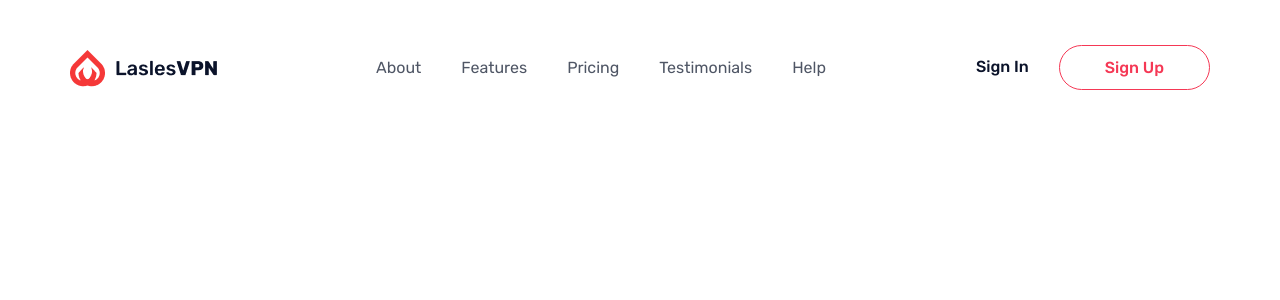
Repository: nafiesallahu/beetroot-fe-g1
Page: Homework10/index.html
The author's editor kept a copy of each file at every save. The page is drawn from the files as they stood at one save, then again after the next save.
The browser window is 1280 px wide. The pictures show the whole page.

Above is the page before, as saved 2021-01-27 19:15:58.

### Homework10/index.html
<!DOCTYPE html>
<html lang="en">

<head>
  <meta charset="UTF-8">
  <meta name="viewport" content="width=device-width, initial-scale=1.0">
  <title>Lasless VPN</title>
  <link rel="preconnect" href="https://fonts.gstatic.com">
  <link href="https://fonts.googleapis.com/css2?family=Rubik:ital,wght@0,400;0,500;0,700;1,400;1,500;1,700&display=swap" rel="stylesheet">
  <link rel="stylesheet" href="./styles/style.css">
</head>

<body>
  <header class="main-header">
    <div class="container">
      <a href="index.html" class="logo">
        <img src="images/Logo.png" alt="LaslesVPN">
      </a>
      <nav class="main-nav">
        <ul>
          <li><a href="#">About</a></li>
          <li><a href="#">Features</a></li>
          <li><a href="#">Pricing</a></li>
          <li><a href="#">Testimonials</a></li>
          <li><a href="#">Help</a></li>
        </ul>
        <div class="nav-buttons">
          <a href="#" class="btn btn--link">Sign In</a>
          <a href="#" class="btn">Sign Up</a>
        </div>
      </nav>
    </div>
  </header>
  <main class="main-content">

  </main>
</body>

</html>

### Homework10/styles/style.css
/* http://meyerweb.com/eric/tools/css/reset/
   v2.0 | 20110126
   License: none (public domain)
*/

html, body, div, span, applet, object, iframe,
h1, h2, h3, h4, h5, h6, p, blockquote, pre,
a, abbr, acronym, address, big, cite, code,
del, dfn, em, img, ins, kbd, q, s, samp,
small, strike, strong, sub, sup, tt, var,
b, u, i, center,
dl, dt, dd, ol, ul, li,
fieldset, form, label, legend,
table, caption, tbody, tfoot, thead, tr, th, td,
article, aside, canvas, details, embed,
figure, figcaption, footer, header, hgroup,
menu, nav, output, ruby, section, summary,
time, mark, audio, video {
	margin: 0;
	padding: 0;
	border: 0;
	font-size: 100%;
	font: inherit;
	vertical-align: baseline;
}
/* HTML5 display-role reset for older browsers */
article, aside, details, figcaption, figure,
footer, header, hgroup, menu, nav, section {
	display: block;
}
body {
	line-height: 1;
}
ol, ul {
	list-style: none;
}
blockquote, q {
	quotes: none;
}
blockquote:before, blockquote:after,
q:before, q:after {
	content: '';
	content: none;
}
table {
	border-collapse: collapse;
	border-spacing: 0;
}

/* ========================================================== */

* {
  box-sizing: border-box;
}

body {
  font-family: 'Rubik', sans-serif;
}
.main-header {
  padding-top: 45px;
  padding-bottom: 45px;
}
.container {
  width: 100%;
  max-width: 1140px;
  margin:0 auto;
}
.main-nav a {
  text-decoration: none;
}
.main-nav ul {
  float: left;
  margin-left: 157px;
  padding-top: 13px;
}
.main-nav ul li {
  margin-right: 40px;
  float: left;
}
.main-nav ul li a{
  font-size: 16px;
  line-height: 19px;
  color: #4F5665;
}
.logo {
  float: left;
  margin-top:5px;
}
.nav-buttons {
  float: right;
}
.btn {
  color: #F53855;
  font-size: 16px;
  padding-left: 45px;
  padding-right: 45px;
  height: 45px;
  line-height: 43px;
  border: 1px solid #F53855;
  float: left;
  border-radius: 50px;
  font-weight: 500;
}
.btn--link {
  padding-left: 0;
  padding-right: 0;
  border:0;
  margin-right:30px;
  color: #0B132A;
}

After the next save:
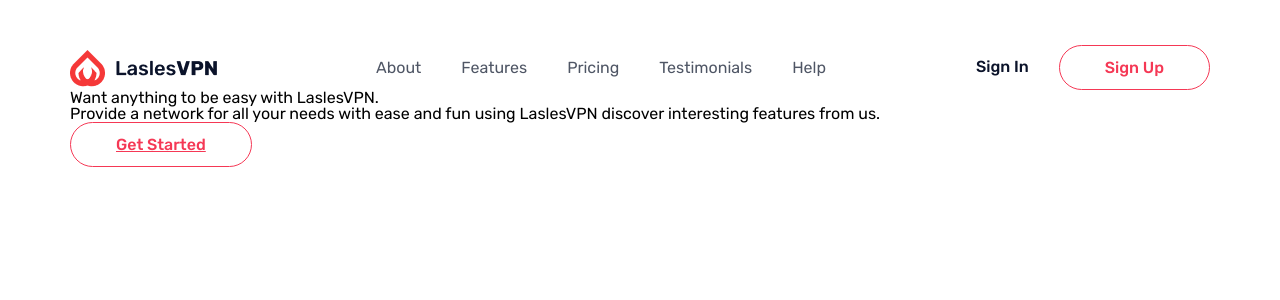
Saved 68 s later.
--- a/Homework10/index.html
+++ b/Homework10/index.html
@@ -32,7 +32,16 @@
     </div>
   </header>
   <main class="main-content">
-
+    <section class="hero">
+      <div class="container">
+        <div class="hero__text">
+          <h1>Want anything to be easy with LaslesVPN.</h1>
+          <p>Provide a network for all your needs with ease and fun using LaslesVPN discover interesting features from us.</p>
+          <a href="#" class="btn">Get Started</a>
+        </div>
+        <div class="hero__image"></div>
+      </div>
+    </section>
   </main>
 </body>
 
